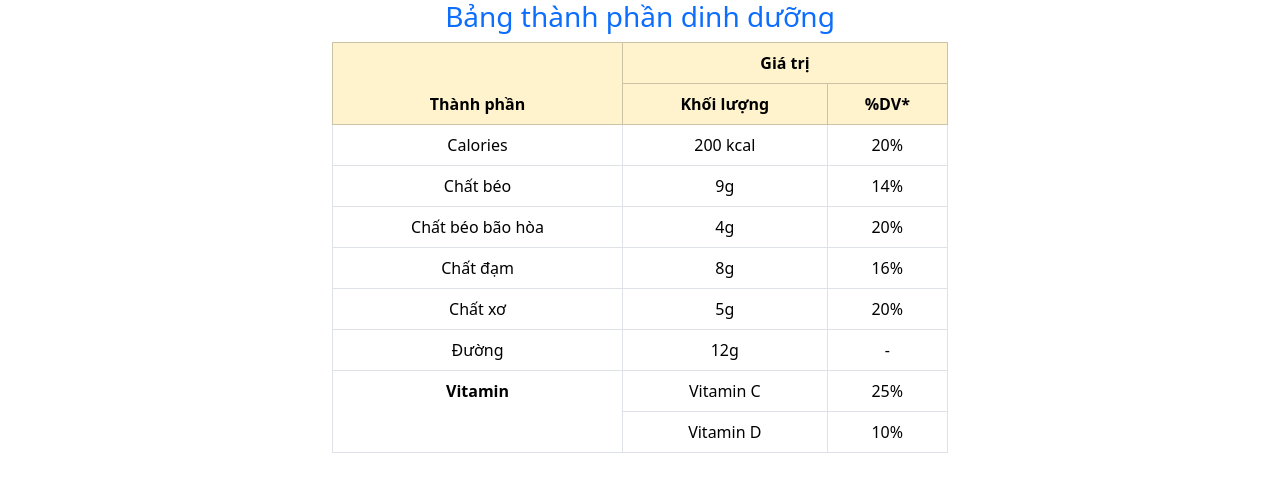
Repository: KizukoHeiwa/SOF308
Page: Lab2/bai1.html
The author's editor kept a copy of each file at every save. The page is drawn from the files as they stood at one save, then again after the next save.
The browser window is 1280 px wide. The pictures show the whole page.

Above is the page before, as saved 2024-11-07 10:08:22.

After the next save:
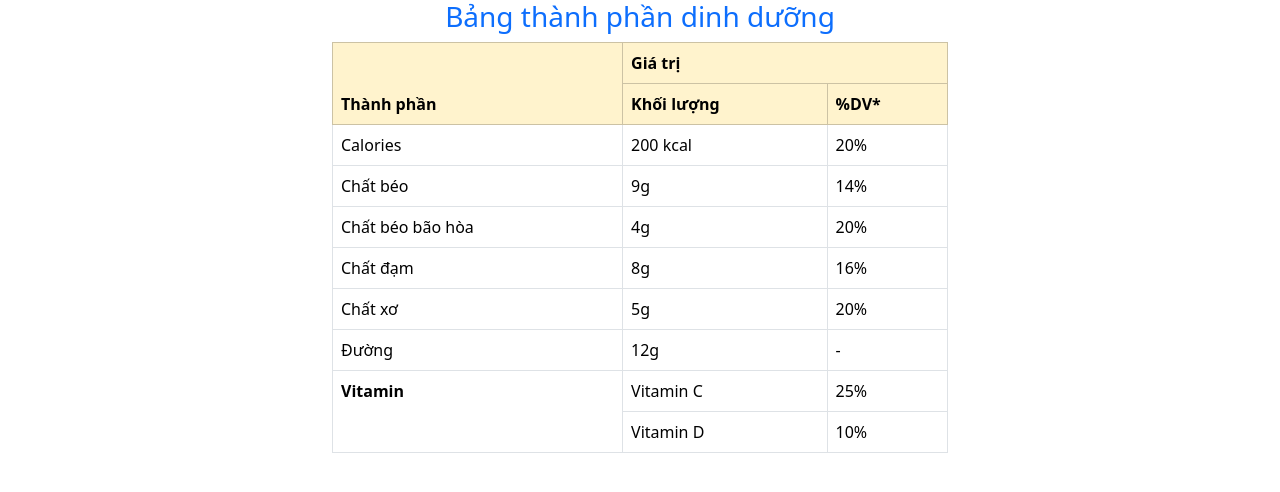
Saved 27 s later.
--- a/Lab2/bai1.html
+++ b/Lab2/bai1.html
@@ -10,7 +10,7 @@
 <body>
     <div class="container-fluid w-50">
         <h3 class="text-center text-primary">Bảng thành phần dinh dưỡng</h3>
-        <table class="table table-bordered text-center">
+        <table class="table table-bordered">
             <thead class="table-warning">
                 <tr>
                     <th rowspan="2">Thành phần</th>
